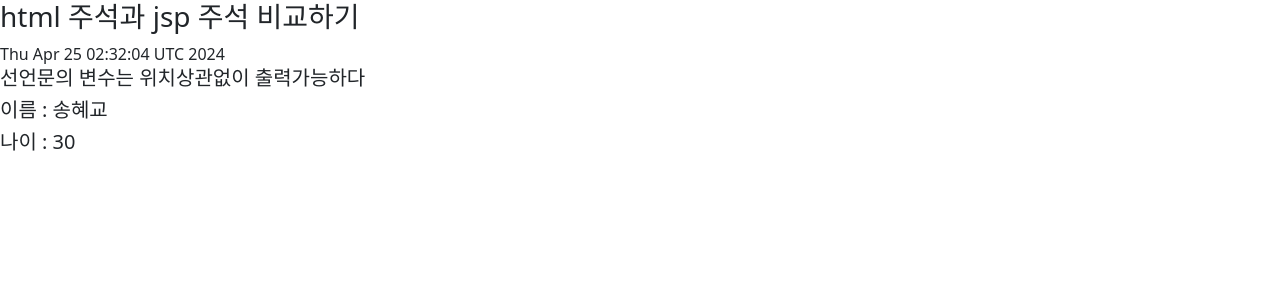
Repository: hyuck9409/newnaver0314
Page: http://localhost/StartWebProject/ex1_hello.jsp
An editor plug-in stored every save of this project. The page is shown before and after the next save, followed by the edit.
The browser window is 1280 px wide. The pictures show the whole page.
The page is served by Tomcat 9.

Above is the page before, as saved 2024-04-25 05:40:20.

### naver0314devops11/javawork/StartWebProject/src/main/webapp/ex1_hello.jsp
<%@page import="java.util.Date"%>
<%@ page language="java" contentType="text/html; charset=UTF-8"
	pageEncoding="UTF-8"%>
<!DOCTYPE html>
<html>
<head>
<meta charset="UTF-8">
<title>Insert title here</title>
<link
	href="https://cdn.jsdelivr.net/npm/bootstrap@5.3.3/dist/css/bootstrap.min.css"
	rel="stylesheet">
<script
	src="https://cdn.jsdelivr.net/npm/bootstrap@5.3.3/dist/js/bootstrap.bundle.min.js"></script>
<link rel="stylesheet"
	href="https://cdn.jsdelivr.net/npm/bootstrap-icons@1.8.0/font/bootstrap-icons.css">
<script src="https://code.jquery.com/jquery-3.7.0.js"></script>
<style>
</style>
</head>
<body>
	<h3>html 주석과 jsp 주석 비교하기</h3>
	<!-- html 주석입니다 -->
	<%--jsp 주석입니다 --%>
	<%=new Date()%>

	<!-- html 주석입니다,<%=new Date()%> -->
	<%--jsp 주석입니다,<%=new Date()%> --%>

	<h5>선언문의 변수는 위치상관없이 출력가능하다</h5>
	<h5>이름 : <%=name %></h5>
	<h5>나이 : <%=age %></h5>

	<%!
	//선언문이라고 부른다
	//여기서 선언하는 변수는 서블릿으로 변환시 위치 상관없이 멤버변수로 선언된다
	String name="송혜교";
	int age=30;
	%>
</body>
</html>

After the next save:
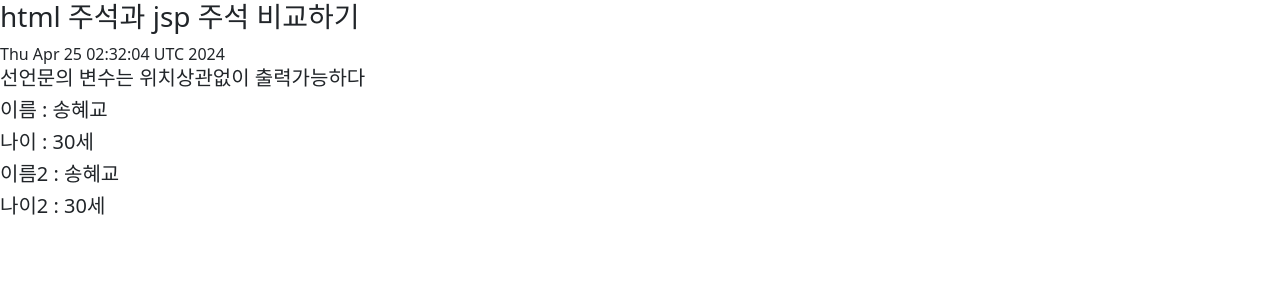
Saved 60 s later.
--- a/naver0314devops11/javawork/StartWebProject/src/main/webapp/ex1_hello.jsp
+++ b/naver0314devops11/javawork/StartWebProject/src/main/webapp/ex1_hello.jsp
@@ -28,7 +28,7 @@
 
 	<h5>선언문의 변수는 위치상관없이 출력가능하다</h5>
 	<h5>이름 : <%=name %></h5>
-	<h5>나이 : <%=age %></h5>
+	<h5>나이 : <%=age %>세</h5>
 
 	<%!
 	//선언문이라고 부른다
@@ -36,5 +36,8 @@
 	String name="송혜교";
 	int age=30;
 	%>
+
+	<h5>이름2 : <%=name %></h5>
+	<h5>나이2 : <%=age %>세</h5>
 </body>
 </html>
